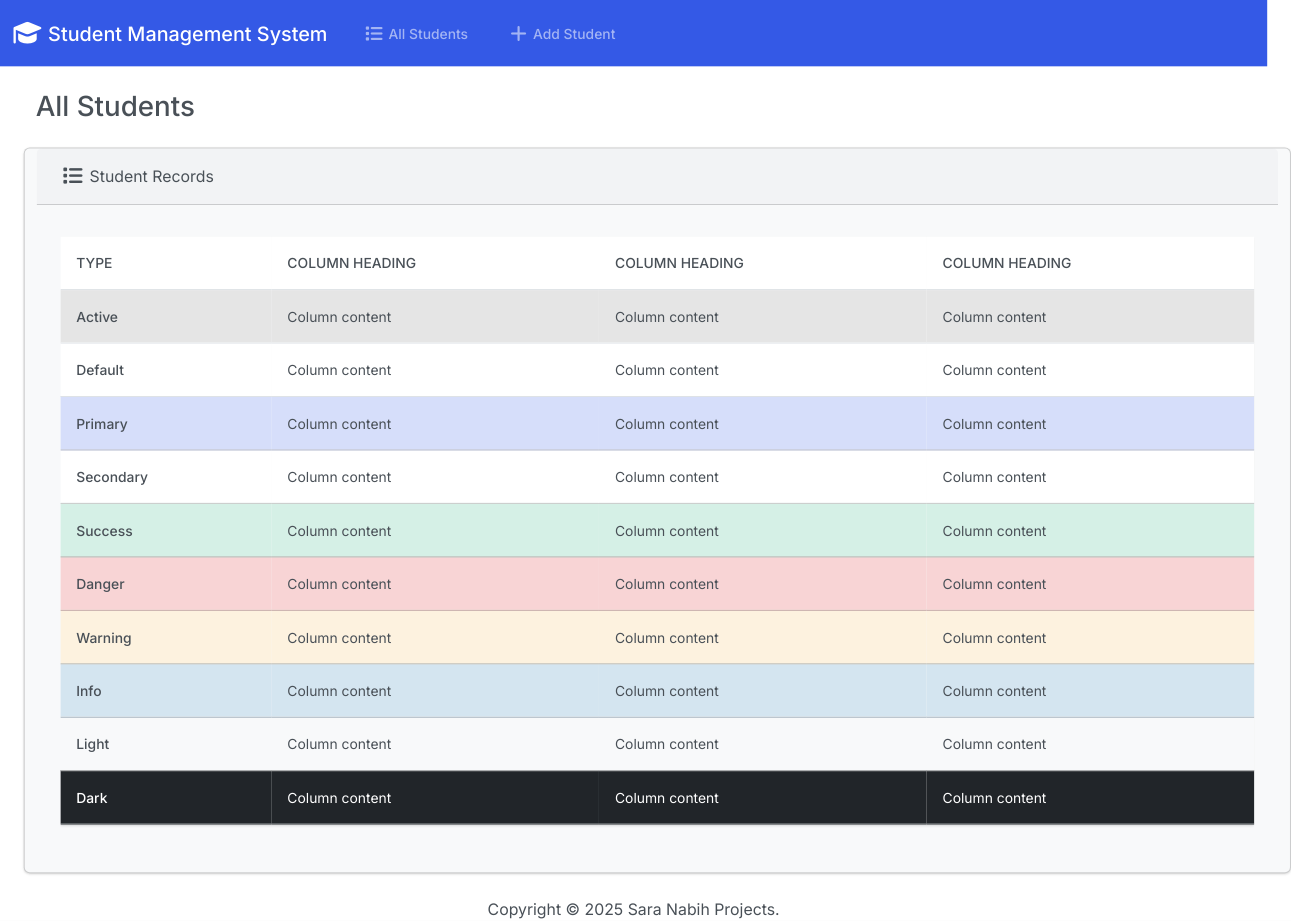
Repository: saraanbih/Student-Management-System
Page: http://localhost/
The author's editor kept a copy of each file at every save. The page is drawn from the files as they stood at one save, then again after the next save.
The browser window is 1280 px wide. The page is 1304 px wide, so the pictures cover 1304 px, including what lies to the right of the window. The pictures show the whole page, at 99% of full size.
Some web libraries are served in a nearby version. The page is served by the project's application, run on Django 5.2 (manage.py). The page reads the database file committed with the project.

Above is the page before, as saved 2025-09-11 16:11:05.

After the next save:
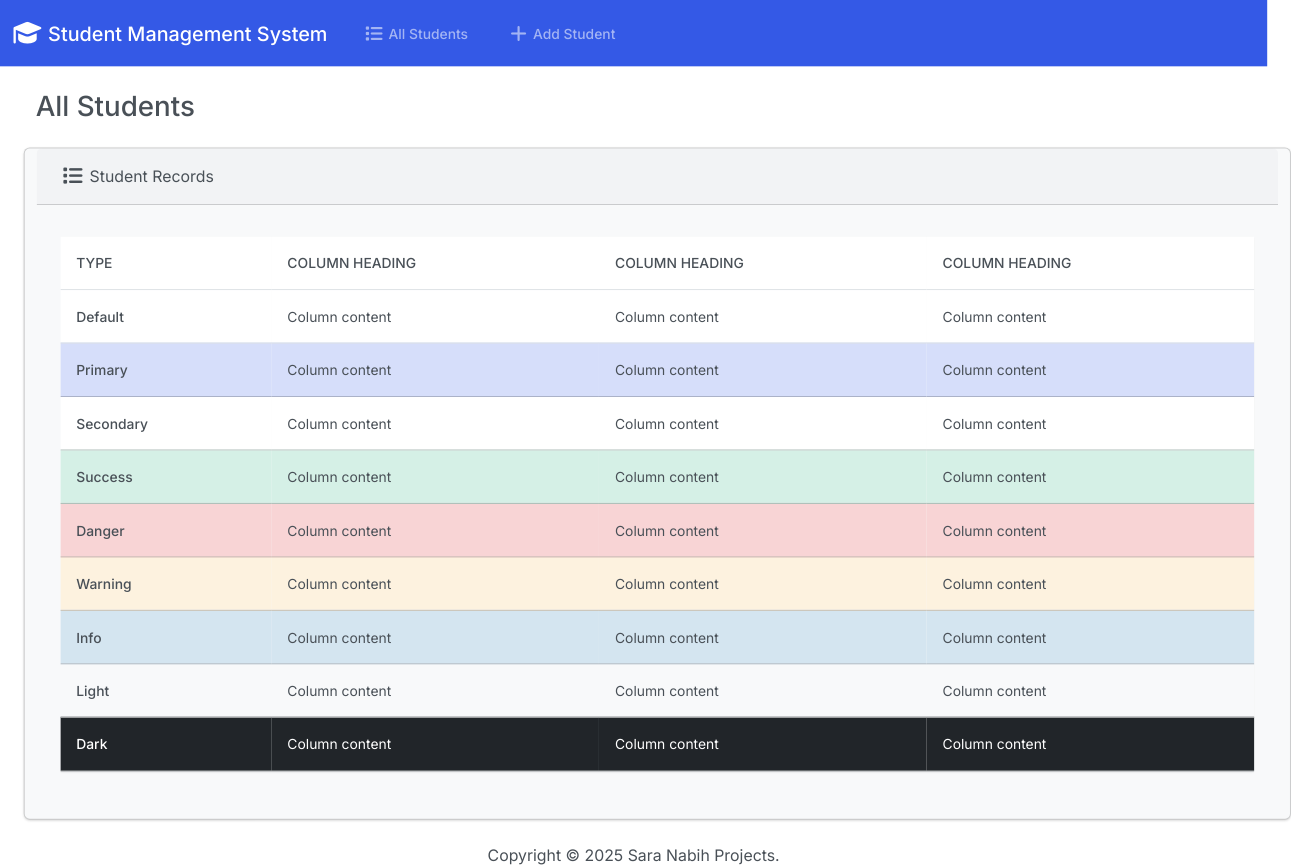
Saved 38 s later.
--- a/students/templates/students/index.html
+++ b/students/templates/students/index.html
@@ -65,12 +65,7 @@
                         </tr>
                       </thead>
                       <tbody>
-                        <tr class="table-active">
-                          <th scope="row">Active</th>
-                          <td>Column content</td>
-                          <td>Column content</td>
-                          <td>Column content</td>
-                        </tr>
+
                         <tr>
                           <th scope="row">Default</th>
                           <td>Column content</td>
